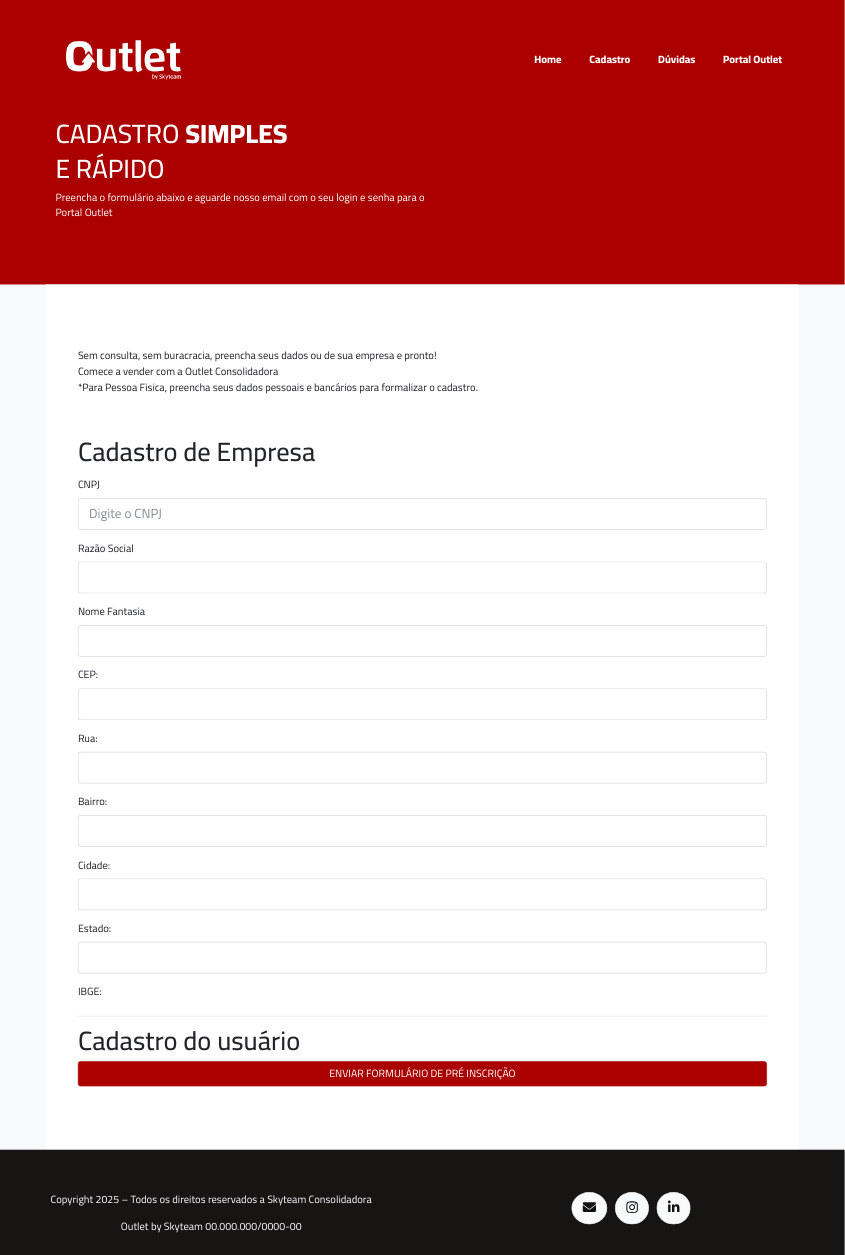
Repository: SkyTeam-Dev/Outlet_Site
Page: Site/Template_Page.html
An editor plug-in stored every save of this project. The page is shown before and after the next save, followed by the edit.
The browser window is 1280 px wide. The pictures show the whole page, at 66% of full size.
Some web libraries are served in a nearby version.

Above is the page before, as saved 2025-03-25 18:47:16.

### Site/Template_Page.html
<!DOCTYPE html>
<html lang="pt-br">

<head>
    <title>:: Outlet by Skyteam ::</title>
    <!-- Define uma descrição otimizada para mecanismos de busca (Maximo 160 caracteres mas o recomendado é 50 caracteres) -->
    <meta name="description"
        content="CADASTRO SIMPLES, DESCONTOS E CASHBACK A viagem do seu cliente com as melhores condições Conectamos o agente a descontos imbatíveis Ofereça seus serviços a preços mais atrativos com a Outlet By Skyteam, uma plataforma para reservas de aéreo, hotelaria, seguro-viagem e locação nacional com descontos e cashback, projetada para qualquer agente de viagem" />
    <!-- Define palavras-chave (não tem mais impacto no Google, mas pode ajudar em outros mecanismos) -->
    <meta name="keywords" content="palavra-chave1, palavra-chave2, palavra-chave3">
    <meta charset="utf-8">
    <meta http-equiv="X-UA-Compatible" content="IE=edge">
    <link rel="canonical" href="https://outlet.tur.br/" />
    <link rel='shortlink' href='https://outlet.tur.br/' />

    <!-- Define a indexação pelos mecanismos de busca -->
    <meta name="robots" content="index, follow"> <!-- Para indexar e seguir links -->
    <meta name="googlebot" content="index, follow"> <!-- Específico para o Google -->
    <meta name="bingbot" content="index, follow"> <!-- Específico para o Bing -->

    <!-- GOOGLE JSON-LD para SEO -->
    <script type="application/ld+json">
        {
          "@context": "https://schema.org",
          "@type": "WebSite",
          "name": "Outlet by Skyteam",
          "url": "https://outlet.tur.br",
          "description": "CADASTRO SIMPLES, DESCONTOS E CASHBACK A viagem do seu cliente com as melhores condições Conectamos o agente a descontos imbatíveis Ofereça seus serviços a preços mais atrativos com a Outlet By Skyteam, uma plataforma para reservas de aéreo, hotelaria, seguro-viagem e locação nacional com descontos e cashback, projetada para qualquer agente de viagem.",
          "image": "https://outlet.tur.br/Templates/Default/Imagens/OG_Outlet_Base.jpg",
          "author": {
            "@type": "Person",
            "name": "Outlet"
          },
          "publisher": {
            "@type": "Organization",
            "name": "Outlet by Skyteam",
            "logo": {
              "@type": "ImageObject",
              "url": "https://outlet.tur.br/Templates/Default/Imagens/OG_Outlet_Base.jpg"
            }
          }
        }
        </script>
    <!-- GOOGLE JSON-LD para SEO -->

    <!-- Define o autor do conteúdo -->
    <meta name="author" content="Outlet by Skyteam">

    <!-- Controla como o Google exibe o snippet do site -->
    <meta name="google" content="nosnippet"> <!-- Impede snippets na SERP -->
    <meta name="google" content="max-snippet:-1, max-image-preview:large, max-video-preview:-1">
    <!-- Personaliza como o conteúdo é mostrado -->

    <!-- Diz ao Google para não traduzir a página automaticamente -->
    <meta name="google" content="notranslate">

    <!-- Define a geolocalização para buscas locais -->
    <meta name="DC.title" content="Outlet By SkyTeam" />
    <meta name="geo.region" content="BR-RS" />
    <meta name="geo.placename" content="Porto Alegre" />
    <meta name="geo.position" content="-30.030205;-51.229975" />
    <meta name="ICBM" content="-30.030205, -51.229975" />
    <!-- Criador do conteúdo -->
    <meta name="DC.creator" content="Outlet By SkyTeam">
    <!-- Assunto ou tema do conteúdo -->
    <meta name="DC.subject" content="CADASTRO SIMPLES, DESCONTOS E CASHBACK para qualquer agente de viagem"">
<!-- Descrição do conteúdo -->
<meta name=" DC.description"
        content="CADASTRO SIMPLES, DESCONTOS E CASHBACK A viagem do seu cliente com as melhores condições Conectamos o agente a descontos imbatíveis Ofereça seus serviços a preços mais atrativos com a Outlet By Skyteam, uma plataforma para reservas de aéreo, hotelaria, seguro-viagem e locação nacional com descontos e cashback, projetada para qualquer agente de viagem">

    <!-- Editora ou organização responsável -->
    <meta name="publisher" content="Outlet By SkyTeam">
    <!-- Identificador único (ex: URL, DOI) -->
    <meta name="identifier" content="https://outlet.tur.br">
    <!-- Idioma do conteúdo -->
    <meta name="language" content="pt-BR">

    <!-- Direitos autorais e licenciamento -->
    <meta name="rights" content="© 2025 Outlet By SkyTeam. Todos os direitos reservados.">


    <!-- Definição do protocolo Open Graph BASE -->
    <meta property="og:type" content="website">
    <!-- URL canônica da página -->
    <meta property="og:url" content="https://outlet.tur.br/">
    <!-- Título que aparecerá no compartilhamento -->
    <meta property="og:title" content="Outlet by Skyteam">
    <!-- Descrição curta e chamativa -->
    <meta property="og:description"
        content="CADASTRO SIMPLES, DESCONTOS E CASHBACK A viagem do seu cliente com as melhores condições Conectamos o agente a descontos imbatíveis Ofereça seus serviços a preços mais atrativos com a Outlet By Skyteam, uma plataforma para reservas de aéreo, hotelaria, seguro-viagem e locação nacional com descontos e cashback, projetada para qualquer agente de viagem">
    <!-- Imagem para exibição no compartilhamento -->
    <meta property="og:image" content="https://outlet.tur.br/Templates/Default/Imagens/OG_Outlet_Base.jpg">
    <!-- 1200x630 pixels é o tamanho recomendado pelo Facebook e outras redes sociais -->
    <meta property="og:image:alt" content="Logo da Outlet descrição">
    <!-- Especificações adicionais para a imagem -->
    <meta property="og:image:width" content="1200">
    <meta property="og:image:height" content="630">
    <!-- Nome do site (opcional, mas recomendado) -->
    <meta property="og:site_name" content="Outlet by Skyteam">
    <!-- Idioma da página -->
    <meta property="og:locale" content="pt_BR">
    <!-- Definição do protocolo Open Graph BASE -->

    <!-- Twitter Card -->
    <meta name="twitter:card" content="summary_large_image">
    <meta name="twitter:title" content="Outlet by Skyteam">
    <meta name="twitter:description"
        content="CADASTRO SIMPLES, DESCONTOS E CASHBACK A viagem do seu cliente com as melhores condições Conectamos o agente a descontos imbatíveis Ofereça seus serviços a preços mais atrativos com a Outlet By Skyteam, uma plataforma para reservas de aéreo, hotelaria, seguro-viagem e locação nacional com descontos e cashback, projetada para qualquer agente de viagem">
    <meta name="twitter:image" content="https://outlet.tur.br/Templates/Default/Imagens/OG_Outlet_Base.jpg">
    <!-- Twitter Card -->



    <meta name="viewport" content="width=device-width, initial-scale=1, shrink-to-fit=no">

    <link rel='preconnect' href='//fonts.googleapis.com' />
    <link rel="preconnect" href="//fonts.gstatic.com" crossorigin>
    <link rel='preconnect' href='//jsdelivr.net' />
    <link rel='preconnect' href='//cdn.jsdelivr.net' />
    <link rel='preconnect' href='//code.jquery.com' />



    <!-- CSS -->
    <link rel="stylesheet"
        href="https://cdn.jsdelivr.net/npm/@fortawesome/fontawesome-free@6.7.2/css/fontawesome.min.css">
    <link rel="stylesheet" href="Templates/Default/CSS/bootstrap.css">
    <link rel="stylesheet" href="Templates/Default/CSS/Site.css">

    <link rel="stylesheet" href="https://cdn.jsdelivr.net/npm/slick-carousel@1.8.1/slick/slick.css" />
    <link rel="stylesheet" href="https://cdn.jsdelivr.net/npm/slick-carousel@1.8.1/slick/slick-theme.css" />


    <!-- CSS -->

    <!-- Favicon -->


    <!-- Favicon e Theme Color-->
    <link rel="icon" type="image/png" href="Templates/Default/Imagens/Favicons/favicon-96x96.png" sizes="96x96" />
    <link rel="icon" type="image/svg+xml" href="Templates/Default/Imagens/Favicons/favicon.svg" />
    <link rel="shortcut icon" href="Templates/Default/Imagens/Favicons/favicon.ico" />
    <link rel="icon" href="Templates/Default/Imagens/Favicons/favicon.ico" type="image/x-icon">
    <link rel="apple-touch-icon" sizes="180x180" href="Templates/Default/Imagens/Favicons/apple-touch-icon.png" />
    <link rel="manifest" href="Templates/Default/Imagens/Favicons/site.webmanifest" />
    <link rel="apple-touch-icon" href="Templates/Default/Imagens/Favicons/favicon-96x96.png">
    <meta name="msapplication-TileImage" content="Templates/Default/Imagens/Favicons/favicon-96x96.png">
    <meta name="theme-color" content="#aa0000">
    <meta name="apple-mobile-web-app-capable" content="yes">
    <meta name="apple-mobile-web-app-status-bar-style" content="black-translucent">
    <meta name="msapplication-TileColor" content="#aa0000">
    <!-- Favicon -->


    <!-- Rastreamento e Comunicação -->

    <!-- Rastreamento e Comunicação -->




</head>

<body>

    <div class="container-fluid" id="LoadingPage">
        <div class="row justify-content-center align-items-center text-center">

            <div class="mt-5 col-sm-12 justify-content-center align-items-center text-center">
                <img src="Templates/Default/Imagens/LOGO2.png" class='img-fluid ml-3' alt="Logo" style="height: 60px;">
            </div>
            <div class="col-sm-2 mt-1 justify-content-center align-items-center text-center">
                <div class="LoadingPage mt-5 mb-5"></div>
            </div>

        </div>
    </div>

    <div class="bg-light p-0" id="Site">



        <section id="Cabecalho-Superior" class="p-5 bg-primary">
            <div class="container-fluid justify-content-center align-items-center">
                <!-- =========================== CABEÇALHO (NAVBAR) ============================ -->

                <nav class="navbar navbar-expand-lg navbar-dark">
                    <div class="container-fluid">
                        <!-- Logo / Marca -->
                        <a class="navbar-brand" href="#">
                            <!-- Pode inserir um logo ou texto -->
                            <img src="Templates/Default/Imagens/LOGO1.png" class='img-fluid ml-3' alt="Logo"
                                style="height: 60px;">
                            <!-- Ou usar apenas texto:
                          <span>Outlet</span>
                          -->
                        </a>
                    </div>
                    <!-- Botão para exibir/ocultar menu no mobile -->
                    <button class="text-center btn btn-block navbar-toggler bg-primary text-white collapsed"
                        type="button" data-toggle="collapse" data-target="#navbarNav" aria-controls="navbarNav"
                        aria-expanded="false" aria-label="Toggle navigation">
                        <span class="navbar-toggler-icon"></span>
                    </button>

                    <!-- Itens de navegação -->
                    <div class="text-center justify-content-end align-items-center collapse navbar-collapse"
                        id="navbarNav">
                        <ul class="navbar-nav ">
                            <!-- Ajuste as rotas conforme necessidade -->
                            <li class="nav-item btn font-weight-bold">
                                <a class="nav-link text-white" href="#">Home</a>
                            </li>
                            <li class="nav-item btn font-weight-bold">
                                <a class="nav-link text-white" href="#">Cadastro</a>
                            </li>
                            <li class="nav-item btn font-weight-bold">
                                <a class="nav-link text-white" href="#">Dúvidas</a>
                            </li>
                            <li class="nav-item btn btn-primary text-white font-weight-bold">
                                <a class="nav-link text-white" href="#">Portal Outlet</a>
                            </li>
                        </ul>
                    </div>
                </nav>

                <div class="col-lg-6 col-sm-12 ml-3 mt-5 mb-5">
                    <h1 class="text-white">CADASTRO <span class="font-weight-bold">SIMPLES</span></h1>
                    <h1 class="text-white">E RÁPIDO</h1>
                    <p class="text-white">Preencha o formulário abaixo e aguarde nosso email com
                        o seu login e senha para o Portal Outlet</p>
                </div>

            </div>


        </section>

        <div class="container">

            <div class="row bg-white shadow-lg pb-5 justify-content-center align-items-center">
                <div class="col-sm-12 p-5">
                    <div class="row justify-content-center">

                        <div class="col-xl-12 col-lg-12 col-md-12 col-sm-12 mt-5">
                            <ul class="list-unstyled">
                                <li>Sem consulta, sem buracracia, preencha seus dados ou de sua empresa e pronto!</li>
                                <li>Comece a vender com a Outlet Consolidadora</li>
                                <li>*Para Pessoa Fisica, preencha seus dados pessoais e bancários para formalizar o
                                    cadastro.</li>
                            </ul>
                        </div>

                        <div class="col-xl-12 col-lg-12 col-md-12 col-sm-12 mt-5">

                            <action="#" class="" name="Cadastro-Outlet">
                                <div class="form-group">
                                    <h1>Cadastro de Empresa</h1>
                                </div>
                                <div class="form-group">
                                    <label for="CNPJ_Busca">CNPJ</label>
                                    <input type="text" class="form-control form-control-lg" id="CNPJ_Busca"
                                        placeholder="Digite o CNPJ">
                                </div>

                                <!-- Dados retornados da API -->
                                <div class="form-group">
                                    <label>Razão Social</label>
                                    <input type="text" class="form-control form-control-lg" id="razaoSocial">
                                </div>
                                <div class="form-group">
                                    <label>Nome Fantasia</label>
                                    <input type="text" class="form-control form-control-lg" id="nomeFantasia">
                                    <input type="hidden" class="form-control form-control-lg" id="situacao">
                                    <input type="hidden" class="form-control form-control-lg" id="simples">
                                    <input type="hidden" class="form-control form-control-lg" id="mei">
                                    <input type="hidden" class="form-control form-control-lg" id="atividadePrincipal">
                                    <input type="hidden" class="form-control form-control-lg"
                                        id="atividadesSecundarias">
                                    <input type="hidden" class="form-control form-control-lg" id="socios">
                                </div>

                                <div class="form-group">
                                    <label>CEP:</label>
                                    <input type="text" nname="cep" class="form-control form-control-lg" type="text" id="cep" value=""
                                        size="10" maxlength="9" onblur="pesquisacep(this.value);" />
                                </div>
                                <div class="form-group">
                                    <label>Rua:</label>
                                    <input type="text" nname="rua" class="form-control form-control-lg" type="text" id="rua"
                                        size="60" />
                                </div>
                                <div class="form-group">
                                    <label>Bairro:</label>
                                    <input type="text" nname="bairro" class="form-control form-control-lg" type="text" id="bairro"
                                        size="40" />
                                </div>
                                <div class="form-group">
                                    <label>Cidade:</label>
                                    <input type="text" name="cidade" class="form-control form-control-lg" type="text" id="cidade" size="40" />
                                </div>
                                <div class="form-group">
                                    <label>Estado:</label>
                                    <input type="text" name="uf" class="form-control form-control-lg" type="text" id="uf" size="2" />
                                </div>
                                <div class="form-group">
                                    <label>IBGE:</label>
                                    <input type="hidden" name="ibge" class="form-control form-control-lg" type="text" id="ibge" size="8" />
                                </div>
                                <hr />
                                <h1>Cadastro do usuário</h1>

                                <!-- Adicione outros campos conforme necessário -->
                                <button type="submit" class="btn btn-primary btn-block">ENVIAR FORMULÁRIO DE PRÉ
                                    INSCRIÇÃO</button>




                                </form>

                        </div>

                    </div>

                </div>

            </div>

        </div>

        <!-- Rodapé -->
        <footer class="bg-gray-site text-light py-3">
            <div class="container-fluid">
                <div class="row">
                    <!-- Coluna com o copyright -->
                    <div class="col-md-6 col-sm-12 mt-5 text-center">
                        <p>Copyright 2025 – Todos os direitos reservados a Skyteam Consolidadora</p>
                        <p>Outlet by Skyteam 00.000.000/0000-00</p>
                    </div>

                    <!-- Coluna com ícones de redes sociais -->
                    <div class="col-md-6 col-sm-12 text-center mt-5">

                        <a href="#" class="mr-2 btn btn-lg btn-light rounded-circle shadow-sm">
                            <i class="fa-solid fa-envelope mt-1"></i>
                        </a>

                        <a href="#" class="mr-2 btn btn-lg btn-light rounded-circle shadow-sm">
                            <i class="fa-brands fa-instagram mt-1"></i>
                        </a>

                        <a href="#" class="mr-2 btn btn-lg btn-light rounded-circle shadow-sm">
                            <i class="fa-brands fa-linkedin-in mt-1"></i>
                        </a>


                    </div>
                </div>
            </div>
        </footer>

    </div>
    </>

    <!-- Scripts Base -->
    <script src="https://cdn.jsdelivr.net/npm/jquery@3.6.0/dist/jquery.min.js"></script>
    <script src="https://cdn.jsdelivr.net/npm/popper.js@1.12.9/dist/umd/popper.min.js"
        integrity="sha384-ApNbgh9B+Y1QKtv3Rn7W3mgPxhU9K/ScQsAP7hUibX39j7fakFPskvXusvfa0b4Q"
        crossorigin="anonymous"></script>
    <script src="https://cdn.jsdelivr.net/npm/bootstrap@4.0.0/dist/js/bootstrap.min.js"
        integrity="sha384-JZR6Spejh4U02d8jOt6vLEHfe/JQGiRRSQQxSfFWpi1MquVdAyjUar5+76PVCmYl"
        crossorigin="anonymous"></script>
    <script src="https://cdn.jsdelivr.net/npm/@fortawesome/fontawesome-free@6.7.2/js/all.min.js"></script>
    <script src="https://cdn.jsdelivr.net/npm/jquery-match-height@0.7.2/dist/jquery.matchHeight.min.js"></script>
    <script src="https://cdn.jsdelivr.net/npm/slick-carousel@1.8.1/slick/slick.min.js"></script>

    <script src="Templates/Default/JS/Site.js"></script>



    <!-- Rastreamento e Comunicação -->

    <!-- Rastreamento e Comunicação -->

</body>

</html>

Loaded but not shown: Site/Templates/Default/CSS/bootstrap.css (library); Site/Templates/Default/JS/Site.js (367 lines, source omitted); Site/Templates/Default/CSS/Site.css (284 lines, source omitted); Site/Templates/Default/WebFonts/WebFont.css (103 lines, source omitted); Site/Templates/Default/CSS/Responsive.css (95 lines, source omitted)

After the next save:
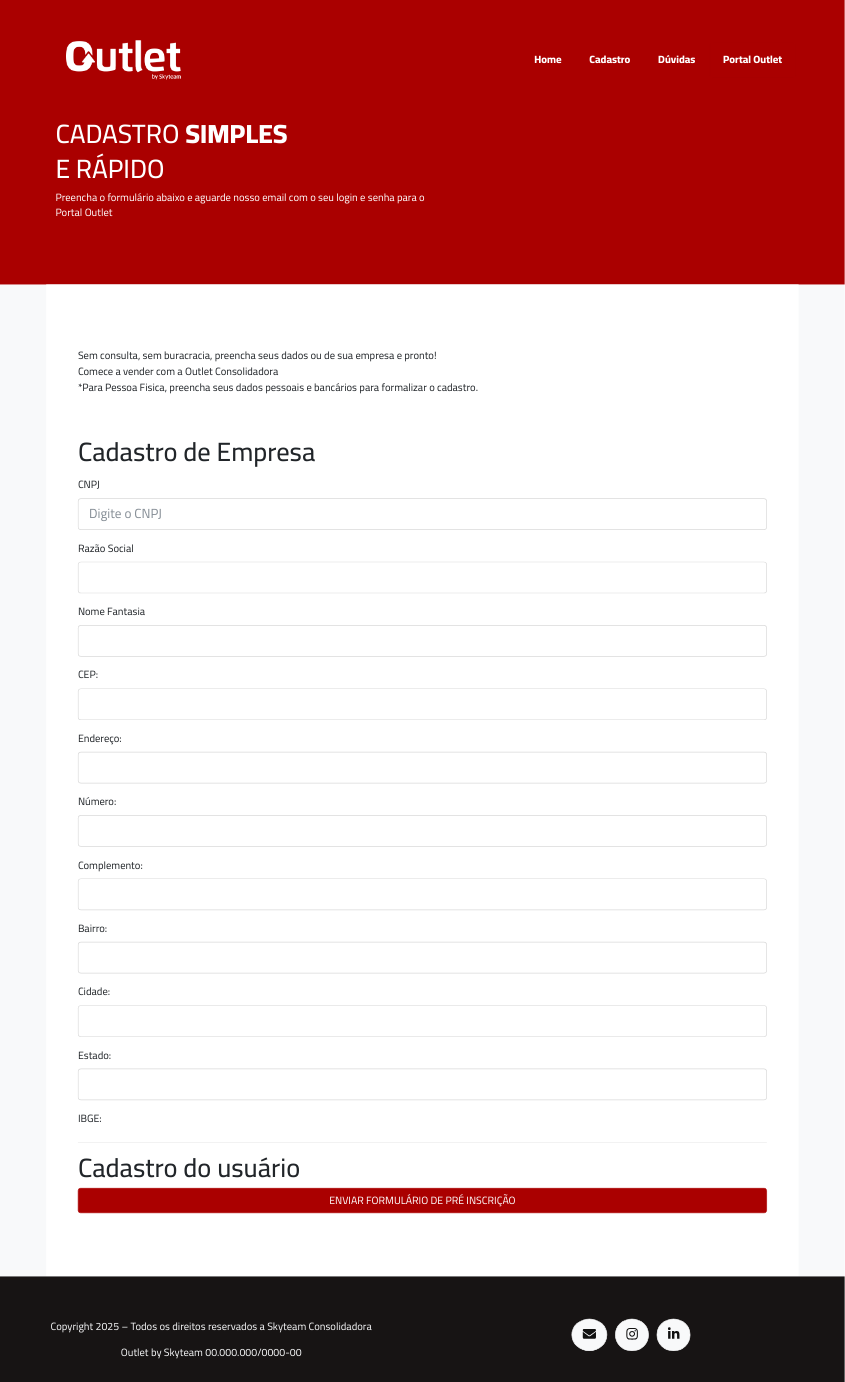
Saved 86 s later.
--- a/Site/Template_Page.html
+++ b/Site/Template_Page.html
@@ -282,30 +282,44 @@
 
                                 <div class="form-group">
                                     <label>CEP:</label>
-                                    <input type="text" nname="cep" class="form-control form-control-lg" type="text" id="cep" value=""
-                                        size="10" maxlength="9" onblur="pesquisacep(this.value);" />
-                                </div>
-                                <div class="form-group">
-                                    <label>Rua:</label>
-                                    <input type="text" nname="rua" class="form-control form-control-lg" type="text" id="rua"
+                                    <input type="text" name="cep" class="form-control form-control-lg" type="text"
+                                        id="cep" value="" size="10" maxlength="9" onblur="pesquisacep(this.value);" />
+                                </div>
+                                <div class="form-group">
+                                    <label>Endereço:</label>
+                                    <input type="text" name="rua" class="form-control form-control-lg" type="text"
+                                        id="rua" size="60" />
+                                </div>
+
+                                <div class="form-group">
+                                    <label>Número:</label>
+                                    <input type="text" name="Numero" class="form-control form-control-lg" type="text"
                                         size="60" />
                                 </div>
                                 <div class="form-group">
+                                    <label>Complemento:</label>
+                                    <input type="text" name="Complemento" class="form-control form-control-lg" type="text"
+                                         />
+                                </div>
+                                <div class="form-group">
                                     <label>Bairro:</label>
-                                    <input type="text" nname="bairro" class="form-control form-control-lg" type="text" id="bairro"
-                                        size="40" />
+                                    <input type="text" name="bairro" class="form-control form-control-lg" type="text"
+                                        id="bairro" size="40" />
                                 </div>
                                 <div class="form-group">
                                     <label>Cidade:</label>
-                                    <input type="text" name="cidade" class="form-control form-control-lg" type="text" id="cidade" size="40" />
+                                    <input type="text" name="cidade" class="form-control form-control-lg" type="text"
+                                        id="cidade" size="40" />
                                 </div>
                                 <div class="form-group">
                                     <label>Estado:</label>
-                                    <input type="text" name="uf" class="form-control form-control-lg" type="text" id="uf" size="2" />
+                                    <input type="text" name="uf" class="form-control form-control-lg" type="text"
+                                        id="uf" size="2" />
                                 </div>
                                 <div class="form-group">
                                     <label>IBGE:</label>
-                                    <input type="hidden" name="ibge" class="form-control form-control-lg" type="text" id="ibge" size="8" />
+                                    <input type="hidden" name="ibge" class="form-control form-control-lg" type="text"
+                                        id="ibge" size="8" />
                                 </div>
                                 <hr />
                                 <h1>Cadastro do usuário</h1>
